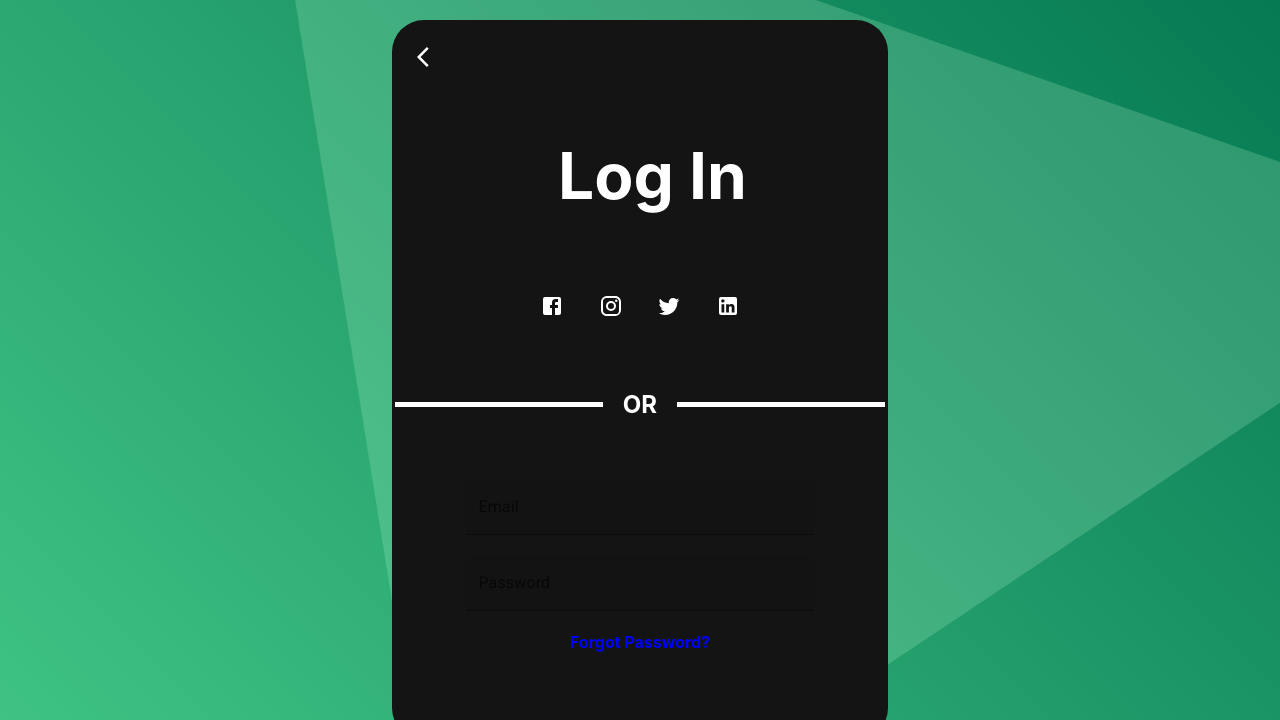
Repository: wilyyy/John
Page: /login (app in john-app/)
An editor plug-in stored every save of this project. The page is shown before and after the next save, followed by the edit.
The browser window is 1280 px wide. The pictures show the whole page.
The project was rebuilt for these pictures with package versions that can differ from the ones it lists, and the page was loaded fresh each time. The framework's server and built-in components were replaced by stand-ins that run in the browser. Also part of the build but not shown: john-app/next.config.js.

Above is the page before, as saved 2021-10-07 22:07:15.

### john-app/pages/login.js
import Button from "@/Components/Button";
import styled from 'styled-components';
import Image from 'next/image'
import SocialMediaIcon from "@/Components/SocialMediaIcon";
import { TextField } from "@mui/material";
import styles from '@/styles/Home.module.css';
import ArrowBackIosIcon from '@mui/icons-material/ArrowBackIos';
import {useRouter} from 'next/router';
import BackButton from "@/Components/BackButton";

const MainCont = styled.div
`
    display: flex;
    flex-direction: column;
    align-items: center;
    width: 100vw;
    height: 100vh;
    background: linear-gradient(225deg, #067A53, #3FC284);
    padding: 20px;
    overflow: hidden;
    position: relative;
    z-index: -2;
`

const LoginContainer = styled.div `
    display: flex;
    flex-direction: column;
    align-items: center;
    background-color: #141414;
    height: 100vh;
    width: 40%;
    border-radius: 32px;
`;

const LoginHeaderContainer = styled.div`
    display: flex;
    flex-direction: row;
    width: 100%;
    justify-content: center;
    padding-left: 25px;
`;

const LoginHeader = styled.h1`
    font-size: 4rem;
    color: white;
    padding: 25px;
`

const BreakLineCont = styled.div`
display: flex;
flex-direction: row;
justify-content: center;
align-items: center;
`

const TheWordOR = styled.h2`
color: #FFFFFF;
padding-left: 20px;
padding-right: 20px;
`

const LogInFormCont = styled.div`
    display: flex;
    flex-direction: column;
    justify-content: center;
    width: 70%;
`

const Spacer = styled.div`
    padding: 10px;
`

const FatWhiteLine = styled.div`
display: flex;
height: 5px;
width: 13rem;
background-color: #FFFFFF;
justify-content: row;
`

const ForgotPass = styled.h4`
color: blue;
`

const BackButtCont = styled.div`
display: flex;
width: 100%;
justify-content: flex-start;
padding-top: 25px;
padding-left: 25px;
`

const Dorito = styled.img
`
    width: 1600px;
    height: 1300px;
    bottom: -400px;
    right: -200px;
    position: absolute;
    z-index: -1;

`

export default function Login()
{
    const router = useRouter();
    return (
        <MainCont>
            <Dorito src="/dorito.png"/>
        <LoginContainer>
            <BackButton />
            <LoginHeaderContainer>
                <LoginHeader>Log In</LoginHeader>
            </LoginHeaderContainer>
            <SocialMediaIcon />
            <Spacer/>
            <Spacer/>
            <BreakLineCont>
            <FatWhiteLine />
                <TheWordOR>OR</TheWordOR>
            <FatWhiteLine />
            </BreakLineCont>
            <Spacer />
            <Spacer />
            <LogInFormCont>
                <TextField fullWidth label="Email" id="fullWidth" variant="filled" className={styles.ImBlacked}/>
                <Spacer />
                <TextField fullWidth label="Password" type="password" id="fullWidth" variant="filled" className={styles.ImBlacked}/>
            </LogInFormCont>
            <ForgotPass>Forgot Password?</ForgotPass>
            <Spacer />
            <Spacer />
            <Spacer />
            <Spacer />
            <Button text="Continue"/>
        </LoginContainer>
        </MainCont>
    )
}

### john-app/styles/globals.css
@import url('https://fonts.googleapis.com/css2?family=Roboto&family=Ubuntu:wght@300&display=swap');
@import url('https://fonts.googleapis.com/css2?family=Lora&display=swap');
/* Ubuntu and Roboto and Lora Font */

html,
body {
  padding: 0;
  margin: 0;
  font-family: -apple-system, BlinkMacSystemFont, Segoe UI, Roboto, Oxygen,
    Ubuntu, Cantarell, Fira Sans, Droid Sans, Helvetica Neue, sans-serif;
}

a {
  color: inherit;
  text-decoration: none;
}

* {
  box-sizing: border-box;
}

### john-app/Components/Button/index.js
import styled from 'styled-components';
import {useRouter} from 'next/router';
import React, {useState} from 'react';

const ButtonCont = styled.button`
    display: flex;
    justify-content: center;
    align-items: center;
    width: ${props=>props.width};
    height: ${props=>props.height};
    background-color: ${props=>props.bgcolor};
    color: #ffffff;
    border-radius: ${props=>props.borderradius};
    border: none;
    filter: drop-shadow(0px 4px 4px rgba(0, 0, 0, 0.35));
    font-size: ${props=>props.fontsize};
`;

const ButtonText = styled.div`
    display: flex;
    color: #ffffff;
    font-family: 'Roboto', sans-serif;
`;

const Button = ({
    width = "20rem",
    height = "5rem",
    text = "Begin",
    borderradius = "1rem",
    bgcolor = "#FF7A00",
    fontsize = "3rem",
    routeTo="/calendar"
}) =>{
    const router = useRouter();
    return <ButtonCont
        width = {width}
        height = {height}
        text = {text}
        borderradius = {borderradius}
        bgcolor = {bgcolor}
        fontsize = {fontsize}
        onClick={()=>router.push(routeTo)}
    >
        <ButtonText>{text}</ButtonText>
    </ButtonCont>
}

export default Button;

### john-app/Components/SocialMediaIcon/index.js
import styled from 'styled-components';
import FacebookIcon from '@mui/icons-material/Facebook';
import InstagramIcon from '@mui/icons-material/Instagram';
import TwitterIcon from '@mui/icons-material/Twitter';
import LinkedInIcon from '@mui/icons-material/LinkedIn';
import styles from '@/styles/Home.module.css'


const SocialMediaCont = styled.div`
    display: flex;
    width: 14rem;
    height: 3rem;
    justify-content: space-between;
`;

const SocialMediaIconCont = styled.div`
    display: flex;
    justify-content: center;
    align-items: center;
    width: 3rem;
    height: 3rem;
    border-radius: 25rem;
    background-color: #141414;
`;


const SocialMediaIcon = ({
}) => {
    return <SocialMediaCont>
        <SocialMediaIconCont>
            <FacebookIcon className={styles.icon}/>
        </SocialMediaIconCont>
        <SocialMediaIconCont>
            <InstagramIcon className={styles.icon}/>
        </SocialMediaIconCont>
        <SocialMediaIconCont>
            <TwitterIcon className={styles.icon}/>
        </SocialMediaIconCont>
        <SocialMediaIconCont>
            <LinkedInIcon className={styles.icon}/>
        </SocialMediaIconCont>
    </SocialMediaCont>
}

export default SocialMediaIcon;

### john-app/styles/Home.module.css
.container {
  min-height: 100vh;
  padding: 0 0.5rem;
  display: flex;
  flex-direction: column;
  justify-content: center;
  align-items: center;
  height: 100vh;
}

.main {
  padding: 5rem 0;
  flex: 1;
  display: flex;
  flex-direction: column;
  justify-content: center;
  align-items: center;
}

.footer {
  width: 100%;
  height: 100px;
  border-top: 1px solid #eaeaea;
  display: flex;
  justify-content: center;
  align-items: center;
}

.footer a {
  display: flex;
  justify-content: center;
  align-items: center;
  flex-grow: 1;
}

.title a {
  color: #0070f3;
  text-decoration: none;
}

.title a:hover,
.title a:focus,
.title a:active {
  text-decoration: underline;
}

.title {
  margin: 0;
  line-height: 1.15;
  font-size: 4rem;
}

.title,
.description {
  text-align: center;
}

.description {
  line-height: 1.5;
  font-size: 1.5rem;
}

.code {
  background: #fafafa;
  border-radius: 5px;
  padding: 0.75rem;
  font-size: 1.1rem;
  font-family: Menlo, Monaco, Lucida Console, Liberation Mono, DejaVu Sans Mono,
    Bitstream Vera Sans Mono, Courier New, monospace;
}

.grid {
  display: flex;
  align-items: center;
  justify-content: center;
  flex-wrap: wrap;
  max-width: 800px;
  margin-top: 3rem;
}

.card {
  margin: 1rem;
  padding: 1.5rem;
  text-align: left;
  color: inherit;
  text-decoration: none;
  border: 1px solid #eaeaea;
  border-radius: 10px;
  transition: color 0.15s ease, border-color 0.15s ease;
  width: 45%;
}

.card:hover,
.card:focus,
.card:active {
  color: #0070f3;
  border-color: #0070f3;
}

.card h2 {
  margin: 0 0 1rem 0;
  font-size: 1.5rem;
}

.card p {
  margin: 0;
  font-size: 1.25rem;
  line-height: 1.5;
}

.logo {
  height: 1em;
  margin-left: 0.5rem;
}

.icon{
  color: #fff;
}

@media (max-width: 600px) {
  .grid {
    width: 100%;
    flex-direction: column;
  }
}

### john-app/Components/BackButton/index.js
import styled from 'styled-components';
import ArrowBackIosIcon from '@mui/icons-material/ArrowBackIos';
import {useRouter} from 'next/router';
import styles from '@/styles/Home.module.css';



const BackButtCont = styled.div`
    display: flex;
    width: 100%;
    justify-content: flex-start;
    padding-top: 25px;
    padding-left: 25px;
`;

const BackButton = ({
    backRoute = "/"
}) => {
    const router = useRouter();
    return <BackButtCont onClick={()=>router.push(backRoute)}>
        <ArrowBackIosIcon className={styles.icon} />
    </BackButtCont>
}

export default BackButton;

Loaded but not shown: john-app/pages/_app.js (common file); john-app/pages/_document.js (common file)

After the next save:
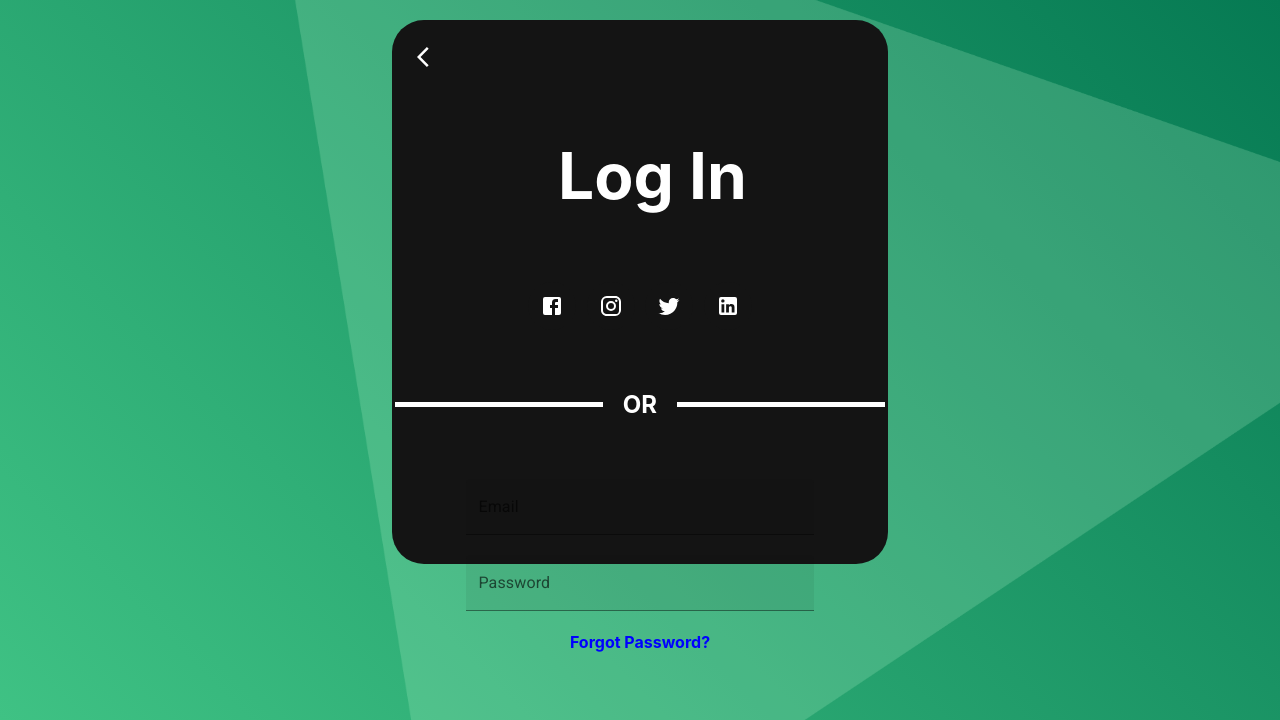
Saved 4 min 3 s later.
--- a/john-app/pages/login.js
+++ b/john-app/pages/login.js
@@ -27,7 +27,7 @@ const LoginContainer = styled.div `
     flex-direction: column;
     align-items: center;
     background-color: #141414;
-    height: 100vh;
+    height: 80%;
     width: 40%;
     border-radius: 32px;
 `;
